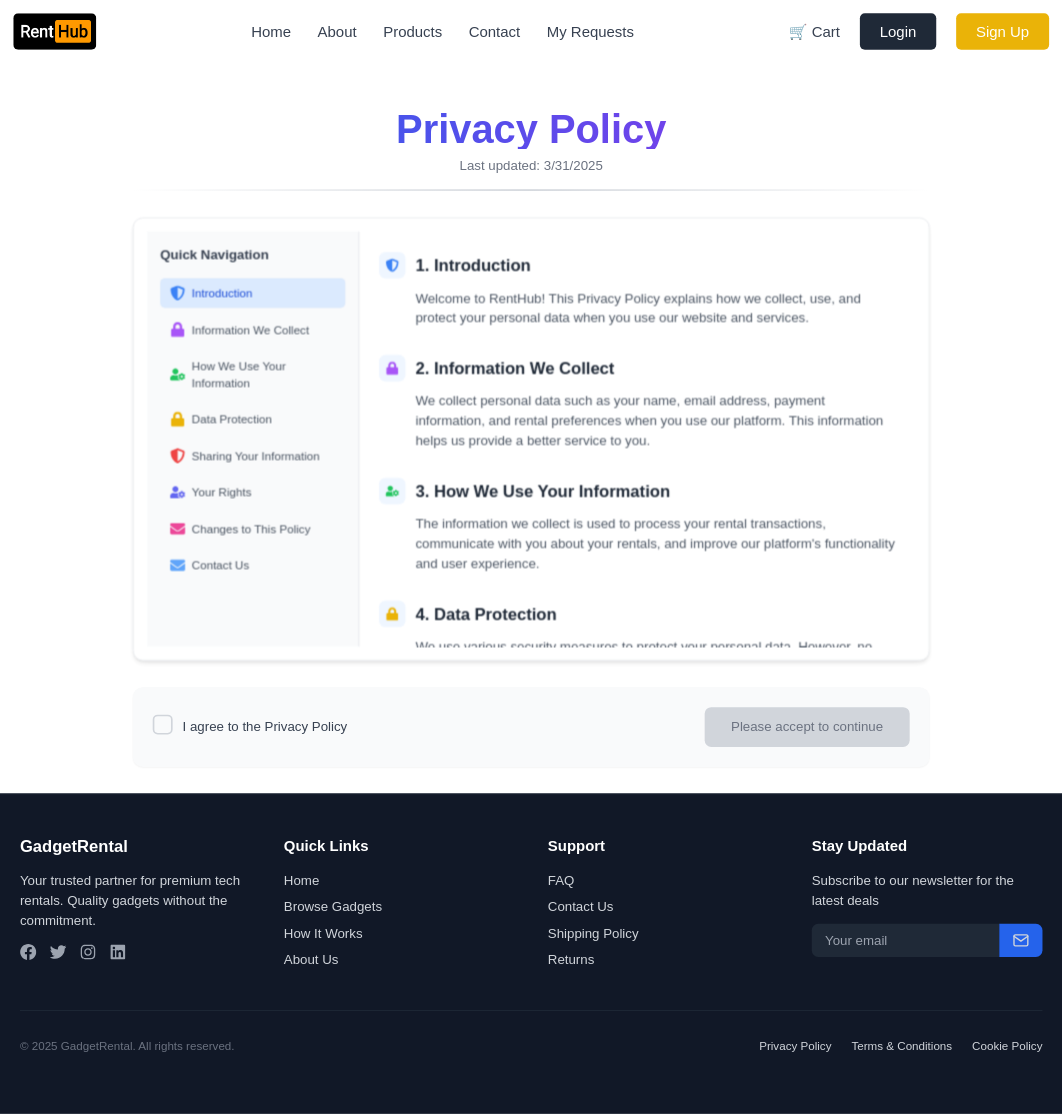
Repository: aayushg07/Renthub
Page: /privacy
These files come from the project's save history. The page is drawn as it stood at one moment and after the next save; the edit follows.
The browser window is 1280 px wide. The pictures show the whole page, at 83% of full size.
An inner scrolling area shows only its first screen. The project was rebuilt for these pictures with package versions that can differ from the ones it lists, and the page was loaded fresh each time. The framework's server and built-in components were replaced by stand-ins that run in the browser. Also part of the build but not shown: next.config.ts.

Above is the page before, as saved 2025-04-02 00:24:58.

After the next save:
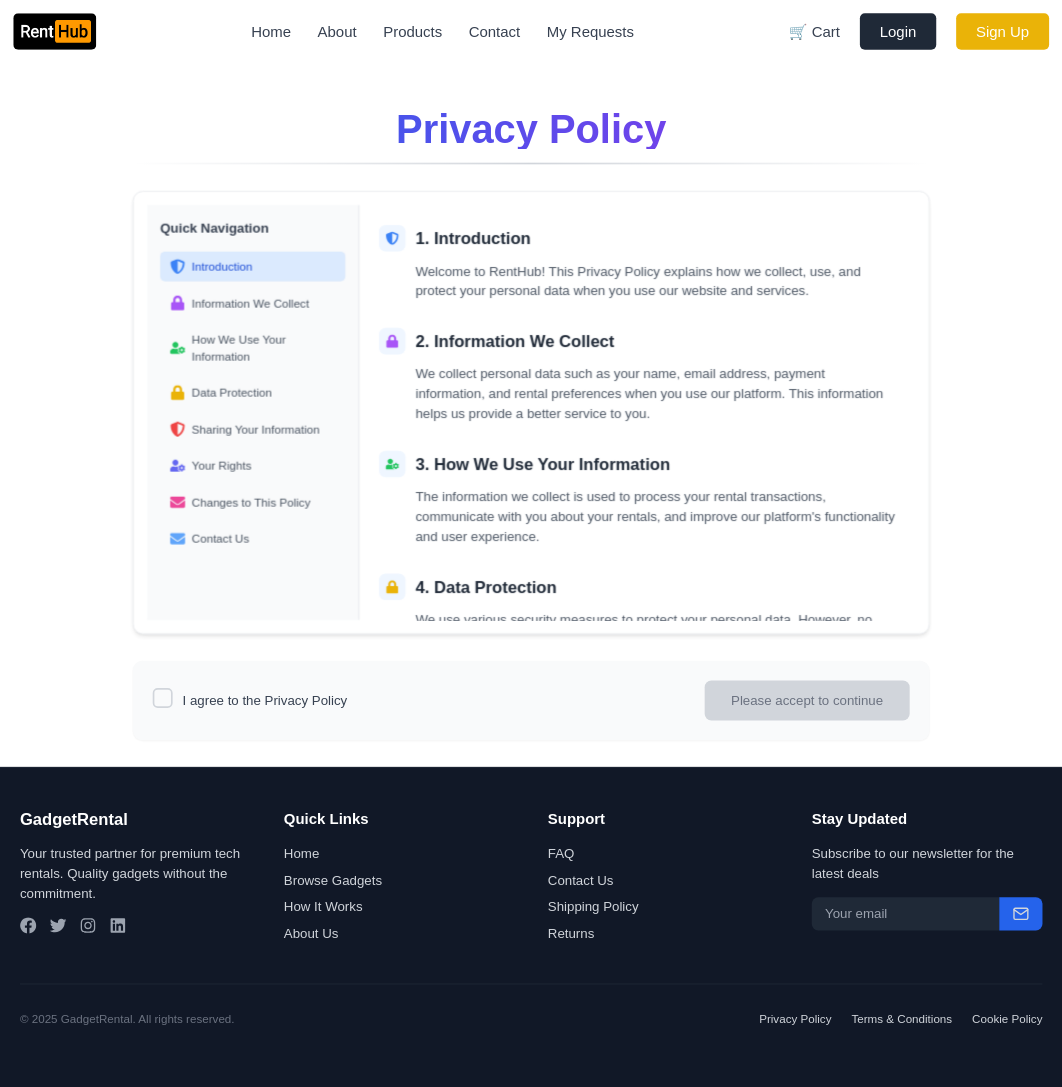
Saved 7 s later.
--- a/app/privacy/page.tsx
+++ b/app/privacy/page.tsx
@@ -81,9 +81,7 @@ export default function PrivacyPolicy() {
         <h1 className="text-4xl md:text-5xl font-extrabold bg-gradient-to-r from-blue-600 to-purple-600 bg-clip-text text-transparent">
           Privacy Policy
         </h1>
-        <p className="mt-2 text-gray-500 dark:text-gray-400">
-          Last updated: {new Date().toLocaleDateString()}
-        </p>
+
         <div className="my-4 bg-gradient-to-r from-transparent via-gray-300 to-transparent dark:via-gray-600 h-0.5" />
       </motion.div>
 
